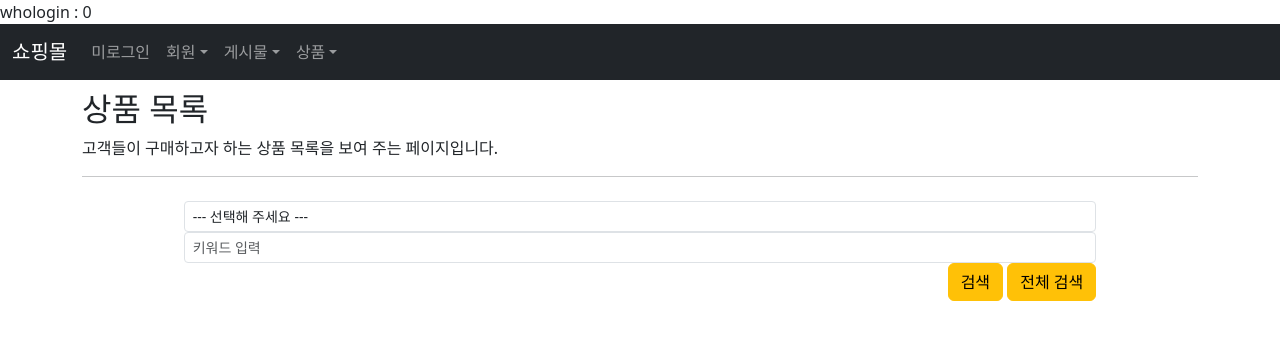
Repository: Sain-Clair/Team5
Page: http://localhost/Student/product/prList.jsp
The author's editor kept a copy of each file at every save. The page is drawn from the files as they stood at one save, then again after the next save.
The browser window is 1280 px wide. The pictures show the whole page.
The page is served by Tomcat 9. The template is opened directly, without the code that normally fills it, so the values that code supplies are empty.

Above is the page before, as saved 2023-09-07 03:41:18.

After the next save:
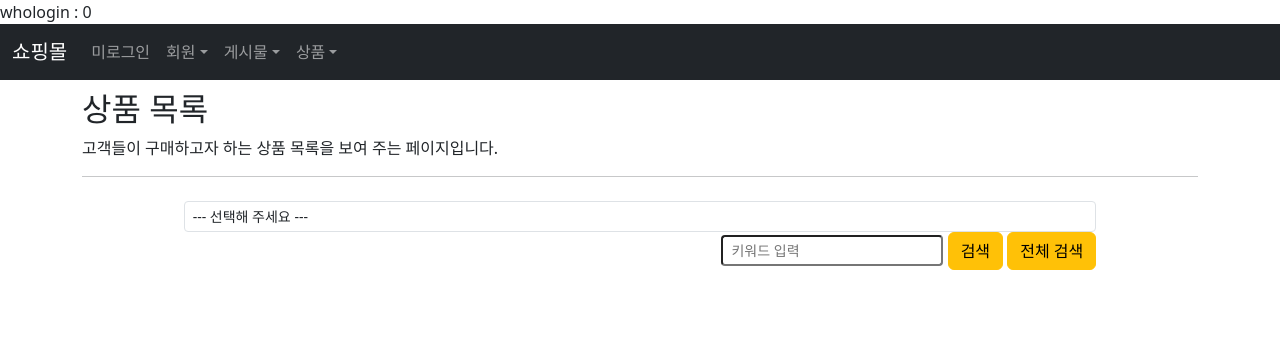
Saved 18 s later.
--- a/Student/src/main/webapp/product/prList.jsp
+++ b/Student/src/main/webapp/product/prList.jsp
@@ -68,7 +68,7 @@ function writeForm() { // 글쓰기
 												<option value="company">제조회사</option>
 												<option value="price">가격</option>
 											</select>
-											<input class="form-control form-control-sm" type="text" name="keyword" id="keyword" placeholder="키워드 입력">
+											<input class="form-control-sm" type="text" name="keyword" id="keyword" placeholder="키워드 입력">
 											<button type="submit" class="btn btn-warning form-control-sm" onclick="">검색</button>
 											<button type="button" class="btn btn-warning form-control-sm" onclick="searchAll();">전체 검색</button>
 
